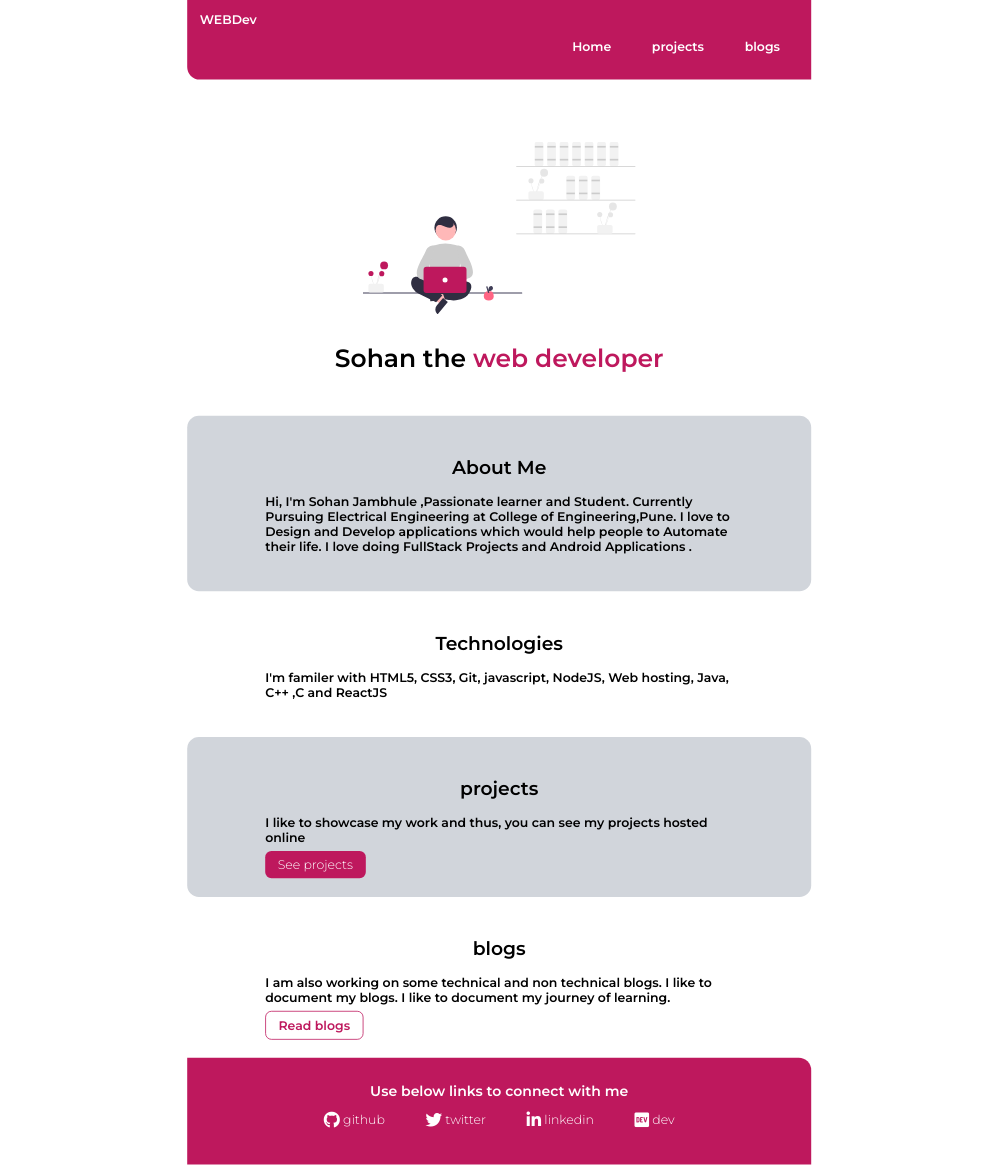
Repository: sohan2503001/Portfolio
Page: index.html
The author's editor kept a copy of each file at every save. The page is drawn from the files as they stood at one save, then again after the next save.
The browser window is 1280 px wide. The pictures show the whole page, at 78% of full size.

Above is the page before, as saved 2021-05-10 11:16:37.

### index.html
<!DOCTYPE html>
<html lang="en">

<head>
  <meta charset="UTF-8" />
  <meta name="viewport" content="width=device-width, initial-scale=1.0" />
  <title>home | Sohan Jambhule</title>
  <link rel="stylesheet" href="style.css" />
  <link rel="stylesheet" href="https://cdnjs.cloudflare.com/ajax/libs/font-awesome/5.15.1/css/all.min.css">
  <link rel="stylesheet" href="https://cdn.jsdelivr.net/npm/boxicons@latest/css/boxicons.min.css">
  <link rel="icon" href="images/favicon.svg" sizes="any" type="image/svg+xml">

</head>

<body>

  <nav class="navigation container">
    <div class="nav-brand">WEBDev</div>
    <ul class="list-non-bullet nav-pills">
      <li class="list-item-inline">
        <a class="link link-active" href="/">Home</a>
      </li>
      <li class="list-item-inline">
        <a class="link link-active" href="projects.html">projects</a>
      </li>
      <li class="list-item-inline">
        <a class="link link-active" href="blogs.html">blogs</a>
      </li>
    </ul>
  </nav>

  <header class="hero">
    <img class="hero-img" src="images/hero.svg" alt="" />
    <h1 class="hero-heading">
      Sohan the <span class="heading-inverted"> web developer</span>
    </h1>
  </header>

  <section class="section ow">
    <div class="container container-center">
      <h1>About Me</h1>
      <p>
        Hi, I'm Sohan Jambhule ,Passionate learner and Student.
        Currently Pursuing Electrical Engineering at College of Engineering,Pune.
        I love to Design and Develop applications which would help people to Automate their life.
        I love doing FullStack Projects and Android Applications .
      </p>
    </div>
  </section>

  <section class="section">
    <div class="container container-center">
      <h1>Technologies</h1>
      <p>
        I'm familer with HTML5, CSS3, Git, javascript, NodeJS, Web hosting,
        Java, C++ ,C and ReactJS
      </p>
    </div>
  </section>

  <section class="section ow">
    <div class="container container-center">
      <h1>projects</h1>
      <p>
        I like to showcase my work and thus, you can see my projects hosted
        online
      </p>
      <a class="link link-primary" href="projects.html">See projects</a>
    </div>
  </section>

  <section class="section ">
    <div class="container container-center">
      <h1>blogs</h1>
      <p>
        I am also working on some technical and non technical blogs. I like to
        document my blogs. I like to document my journey of learning.
      </p>
      <a class="link link-secondary" href="blogs.html">Read blogs</a>
    </div>
  </section>

  <footer class="footer">
    <div class="footer-header">Use below links to connect with me</div>
    <ul class="social-links list-non-bullet">
      <li class="list-item-inline">
        <a class="link" href="https://github.com/sohan2503001" target="_blank"><i class="fab fa-github fa-lg" aria-hidden="true"></i>
          github
        </a>
      </li>
      <li class="list-item-inline">
        <a class="link" href="https://twitter.com/JambhuleSohan" target="_blank"><i class="fab fa-twitter fa-lg"></i>
          twitter
        </a>
      </li>
      <li class="list-item-inline">
        <a class="link" href="https://www.linkedin.com/in/sohan-jambhule-144528198/" target="_blank"><i class="fab fa-linkedin-in fa-lg"></i>
          linkedin
        </a>
      </li>
      <li class="list-item-inline">
        <a class="link" href="https://dev.to/sohan25" target="_blank"><i class="fab fa-dev fa-lg"></i>
          dev
        </a>
      </li>

    </ul>
  </footer>

  <script src="code.js"></script>
</body>

</html>

### style.css
@import url('https://fonts.googleapis.com/css2?family=Montserrat:wght@300;600&display=swap');

:root{
    --primary-color: #BE185D;
    --dark-gray: #4B5563;
    --off-white: #D1D5DB;
}

body {
    font-family: 'Montserrat', sans-serif;
    margin: auto;
    max-width: 800px;
    width: 100%;
}

hr{
    margin: 2rem 0rem;
}

/** container **/
.container{
    padding: 0rem 1rem;
}

.container-center{
    max-width: 600px;
    margin: auto;
}

/** links **/
.link{
    text-decoration: none;
    padding: 0.5rem 1rem;
    /*margin: 1rem 0rem 1rem 0rem;*/
}

.link-primary{
    background-color: var(--primary-color);
    border-radius: 0.5rem;
    color:white;
}

.link-secondary{
    color: var(--primary-color);
    border-radius: 0.5rem;
    border: 1px solid var(--primary-color);
    font-weight: bold;
}

/** lists **/

.list-non-bullet{
    list-style: none;
}

.list-item-inline{
    display: inline;
    padding: 0rem 0.5rem;
}

/** navigation **/

.navigation{
    background-color: var(--primary-color);
    color: white;
    padding: 1rem;
    border-bottom-left-radius: 1rem;
}

.navigation .nav-brand{
    font-weight: bold;
}

.navigation .nav-pills{
    text-align: right;
}

.navigation .link{
    color: white;
}

.navigation .link-active{
    font-weight: bold;
}

/**header **/

.hero{
    padding: 2rem;
    padding-top: 5rem;
}

.hero .hero-img{
    max-width: 350px;
    display: block;
    margin: auto;
}

.hero .hero-heading{
    padding-top: 1rem;
    color: var(--dark-red);
    text-align: center;
}

.hero .hero-heading .heading-inverted{
    color: var(--primary-color)
}

/** section **/
.section{
    padding: 2rem;
    border-radius: 15px;
}

.section h1{
    text-align: center;
    font-weight: bolder;
}

.ow {
    background-color: var(--off-white);
}

.section p{
    font-weight: bold;
}

/**footer **/

.footer{
    background-color: var(--primary-color);
    padding: 2rem 1rem;
    text-align: center;
    color: white;
    border-top-right-radius: 1rem;
    position: relative;
}

.footer .link{
    color: white;
}

.footer .footer-header{
    font-weight: bold;
    font-size: large;
}

.footer ul{
    padding-inline-start: 0px;
}


/**Projects**/
.box-contain{
    border: 2px solid var(--primary-color);
    padding: 2rem;
    border-top-left-radius: 15px;
    border-bottom-right-radius: 15px;
    margin: 1rem 0rem;
}

### code.js
function myFunction() {
    var element = document.body;
    element.classList.toggle("dark-mode");
}

After the next save:
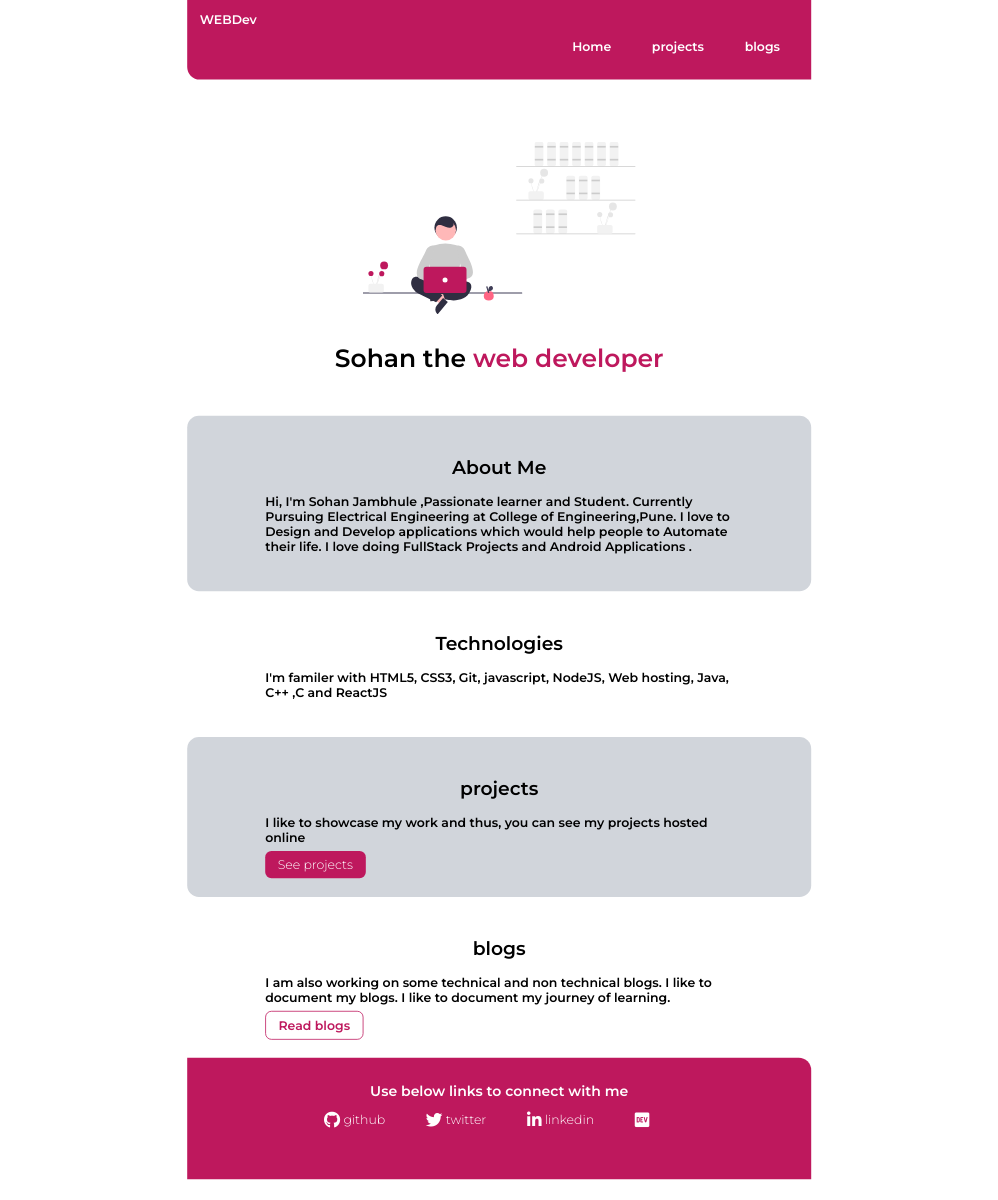
Saved 76 s later.
--- a/index.html
+++ b/index.html
@@ -100,7 +100,7 @@
       </li>
       <li class="list-item-inline">
         <a class="link" href="https://dev.to/sohan25" target="_blank"><i class="fab fa-dev fa-lg"></i>
-          dev
+          <dev
         </a>
       </li>
 

After the save that followed:
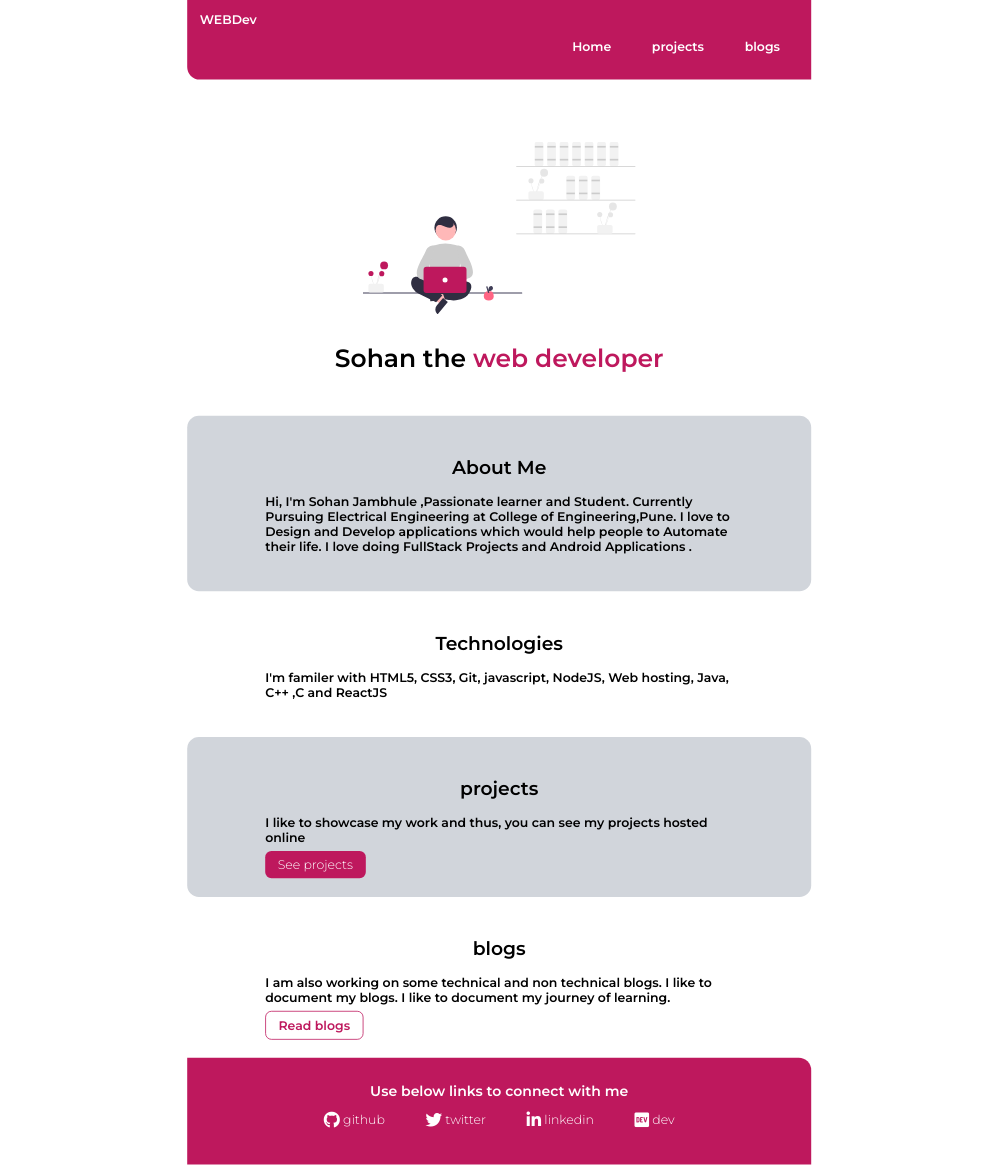
Saved 6 s later.
--- a/index.html
+++ b/index.html
@@ -100,7 +100,7 @@
       </li>
       <li class="list-item-inline">
         <a class="link" href="https://dev.to/sohan25" target="_blank"><i class="fab fa-dev fa-lg"></i>
-          <dev
+          <strong></strong>dev
         </a>
       </li>
 
